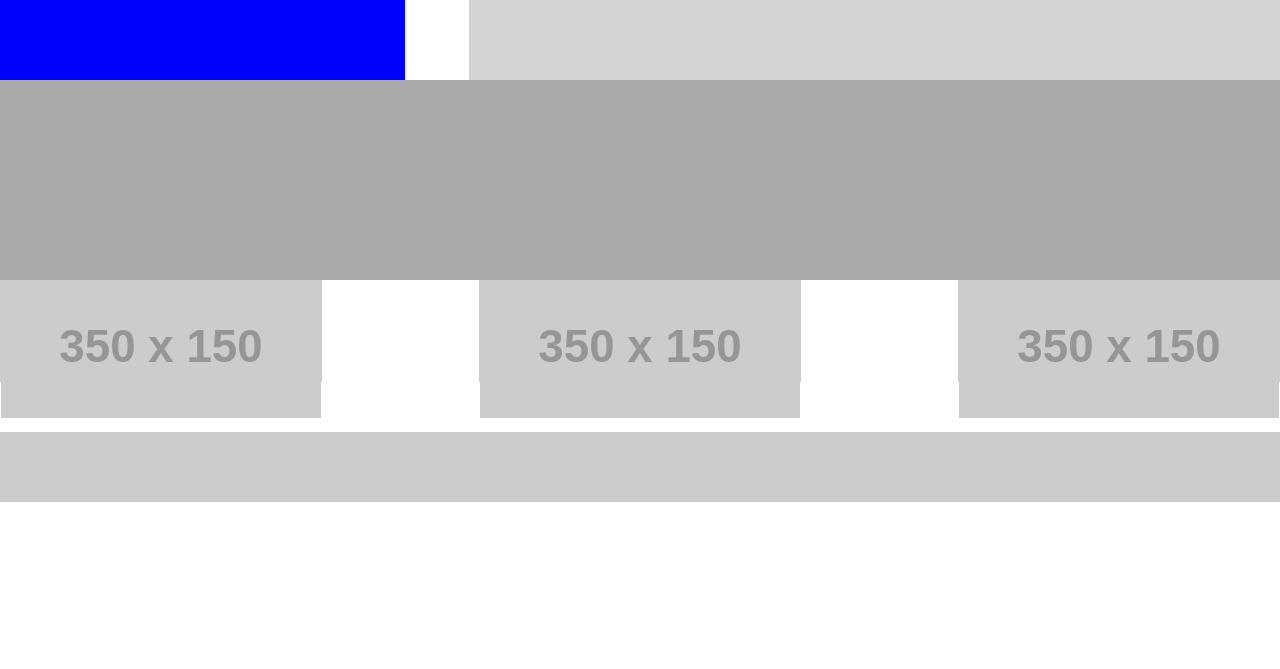
Repository: punitbathija/Placement-Assitance-iNeuron
Page: responsive-web-design.html
The author's editor kept a copy of each file at every save. The page is drawn from the files as they stood at one save, then again after the next save.
The browser window is 1280 px wide. The pictures show the whole page.

Above is the page before, as saved 2023-05-23 15:21:36.

After the next save:
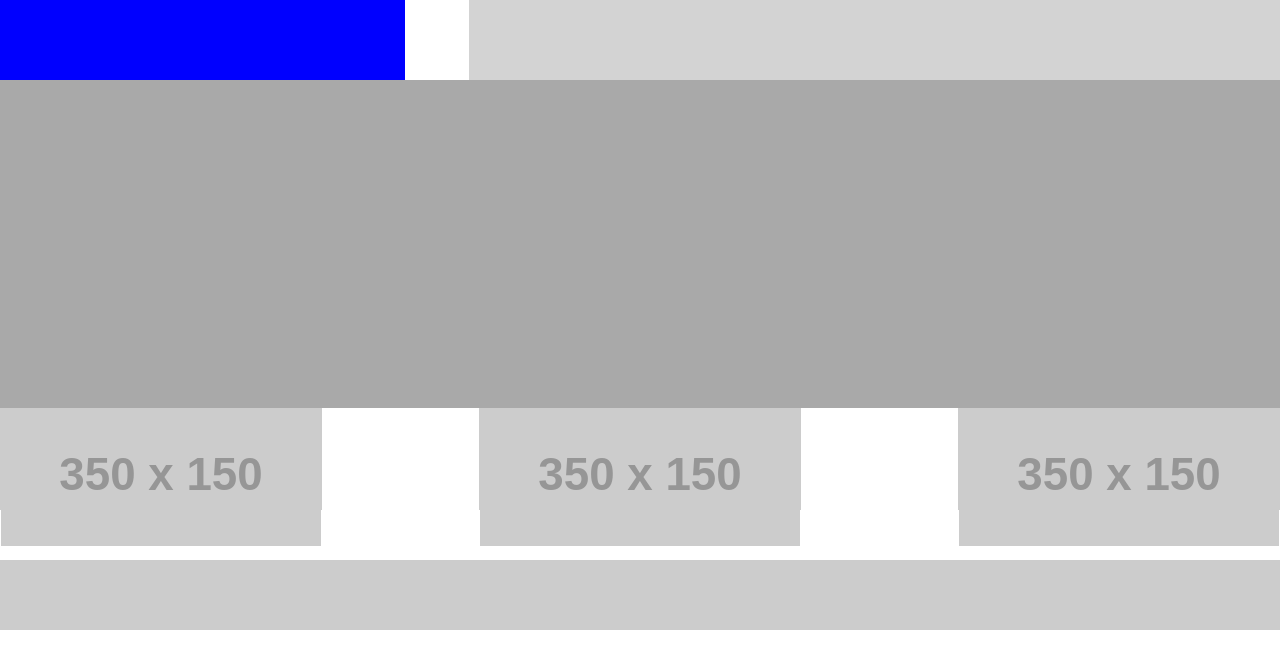
Saved 32 s later.
--- a/responsive-web-design.html
+++ b/responsive-web-design.html
@@ -36,6 +36,7 @@
       }
 
       .hero {
+        padding: 5%;
         background-color: darkgrey;
         height: 200px;
         text-align: center;
